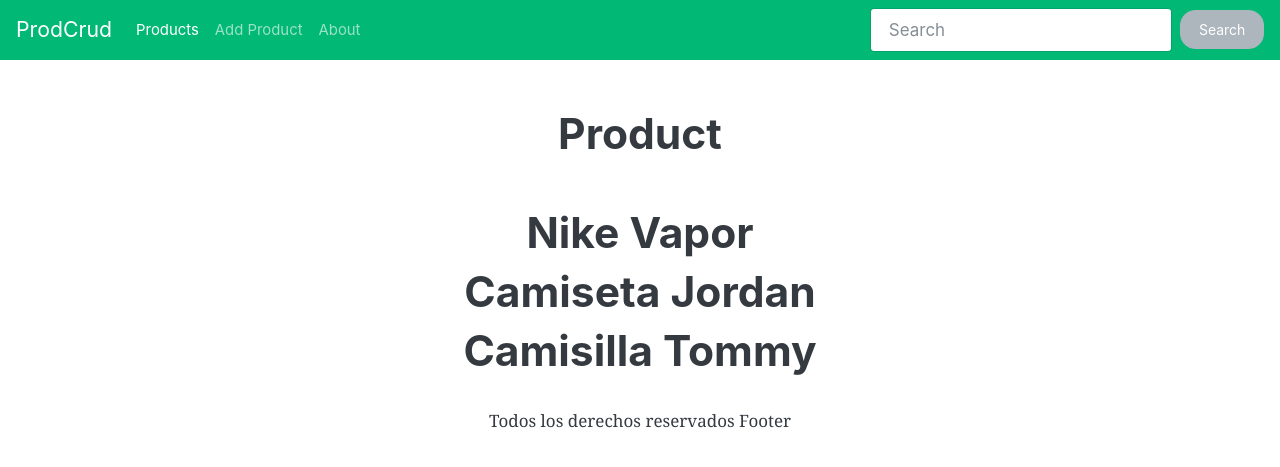
Repository: harrycampaz/router-reactjs
Page: /products
These files come from the project's save history. The page is drawn as it stood at one moment and after the next save; the edit follows.
The browser window is 1280 px wide. The pictures show the whole page.
The project was rebuilt for these pictures with package versions that can differ from the ones it lists, and the page was loaded fresh each time. Requests to the local data server were answered from the project's data file. Also part of the build but not shown: src/components/Product/AddProduct.js, src/components/Product/EditProduct.js.

Above is the page before, as saved 2020-01-24 22:00:22.

After the next save:
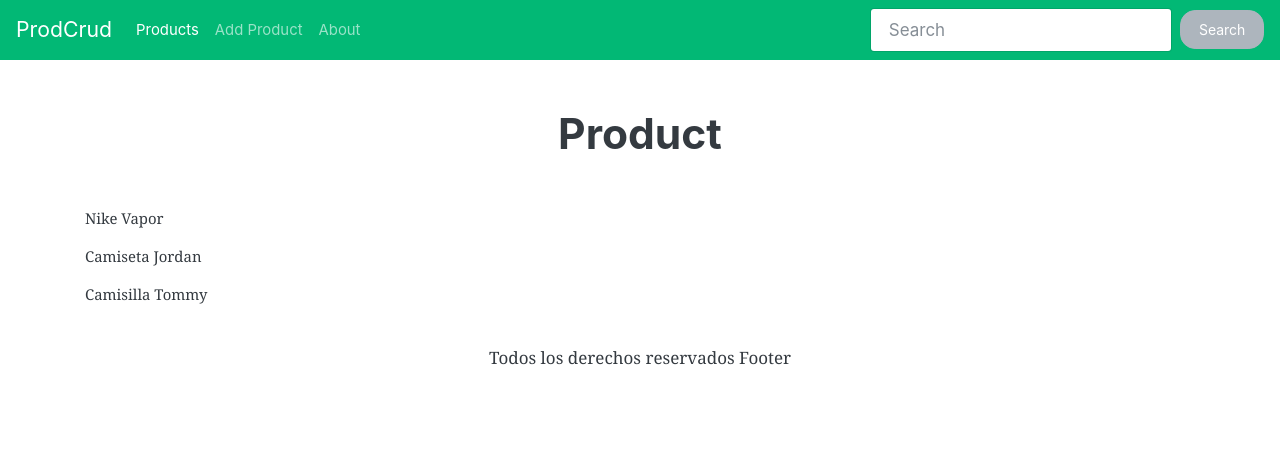
Saved 2 min 10 s later.
--- a/src/components/Product/Product.js
+++ b/src/components/Product/Product.js
@@ -3,7 +3,16 @@
 function Product({product}) {
     return (
 
-        <h1 className="text-center">{product.name}</h1>
+       <li className="list-group d-flex justify-content-between">
+           <p>
+
+{product.name}
+    <span className="font-weght-bold">{product.price}</span>
+           </p>
+           <div>
+
+           </div>
+       </li>
     );
 }
 
